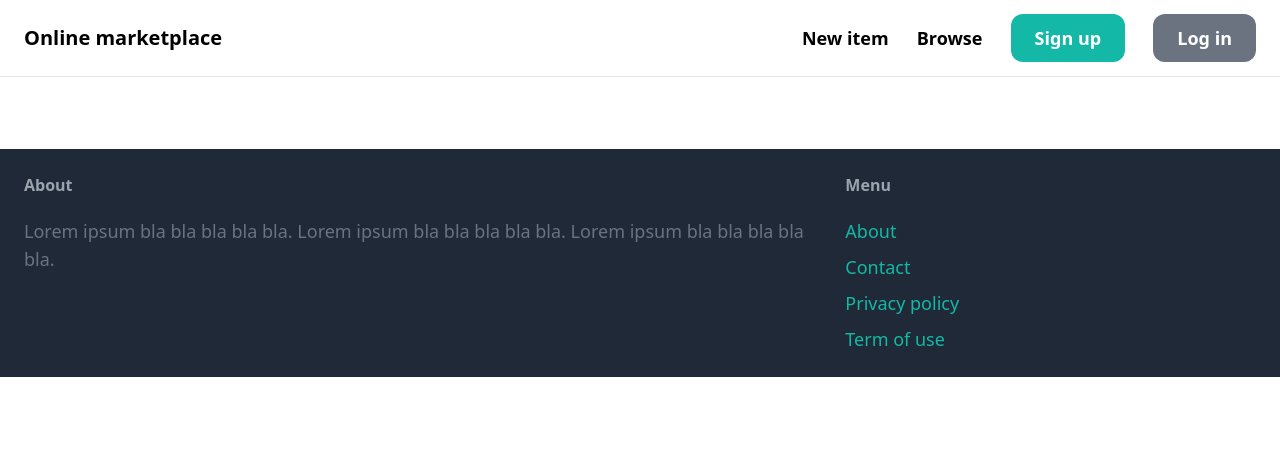
Repository: Anamikatiwari/Online_Market_Place
Page: item/templates/item/form.html
The author's editor kept a copy of each file at every save. The page is drawn from the files as they stood at one save, then again after a run of saves.
The browser window is 1280 px wide. The pictures show the whole page.
Some web libraries are served in a nearby version. The template is drawn by Django 5.2. The application's start-up code is not run. Other server files are loaded and not shown. The template is opened directly, without the code that normally fills it, so the values that code supplies are empty.

Above is the page before, as saved 2024-09-06 11:48:20.

### item/templates/item/form.html
{% extends "core/base.html" %}

{% block title %} {{ title }} {% endblock title %}

{% block content %}
<h1 class="mb-6 text-3xl">{{ title }}</h1>

<form method="post" action="." enctype="multipart/form-data">
    {% csrf_token %}
    <div class="space-y-4">
        {{ form.as_p }}
    </div>

    {% if form.errors or form.non_field_errors %}
    <div class="mb-3 p-6 bg-red-100 rounded-xl">
        {% for field in form  %}
            {{ field.errors }}
        {% endfor %}

        {{ form.non_field_errors }}
    </div>
    {% endif %}
</form>
{% endblock content %}

### core/templates/core/base.html
<!doctype html>

<html>
    <head>
        <meta charset="utf-8">
        <meta name="viewport" content="width=device-width, initial-scale=1.0">

        <script src="http://cdn.tailwindcss.com"></script>

        <title> {% block title %}{% endblock title %} | Online Marketplace</title>

    </head>

    <body>
        <nav class="py-6 px-6 flex justify-between items-center border-b border-gray-200">
            <a href="/" class="text-xl font-semibold">Online marketplace</a>
            <div class="space-x-6">
                <a href="#" class="text-lg font-semibold hover:text-gray-500">New item</a>
                <a href="#" class="text-lg font-semibold hover:text-gray-500">Browse</a>

                {% if request.user.is_authenticated %}
                    <a href="#" class="px-6 py-3 text-lg font-semibold bg-teal-500 text-white rounded-xl hover:bg-teal-700">Inbox</a>
                    <a href="#" class="px-6 py-3 text-lg font-semibold bg-gray-500 text-white rounded-xl hover:bg-gray-700">Dashboard</a>
                {% else  %}
                    <a href="{% url 'core:signup' %}" class="px-6 py-3 text-lg font-semibold bg-teal-500 text-white rounded-xl hover:bg-teal-700">Sign up</a>
                    <a href="{% url 'core:login' %}" class="px-6 py-3 text-lg font-semibold bg-gray-500 text-white rounded-xl hover:bg-gray-700">Log in</a>
                {% endif %}
            </div>
        </nav>

        <div class="px-6 py-6">
            {% block content %}
            {% endblock content %}
        </div>

        <footer class="py-6 px-6 flex justify-between bg-gray-800">
           <div class="w-2/3 pr-10">
                <h3 class="mb-5 font-semibold text-gray-400">About</h3>

                <p class="text-lg text-gray-500">Lorem ipsum bla bla bla bla bla. Lorem ipsum bla bla bla bla bla. Lorem ipsum bla bla bla bla bla.</p>
           </div>

           <div class="w-1/3">
               <h3 class="mb-5 font-semibold text-gray-400">Menu</h3>

               <ul class="space-y-2">
                    <li><a href="#" class="text-lg text-teal-500 hover:text-teal-700">About</a></li>
                    <li><a href="{% url 'core:contact' %}" class="text-lg text-teal-500 hover:text-teal-700">Contact</a></li>
                    <li><a href="#" class="text-lg text-teal-500 hover:text-teal-700">Privacy policy</a></li>
                    <li><a href="#" class="text-lg text-teal-500 hover:text-teal-700">Term of use</a></li>
               </ul>
           </div>
        </footer>


    </body>
</html>

After the next 2 saves:
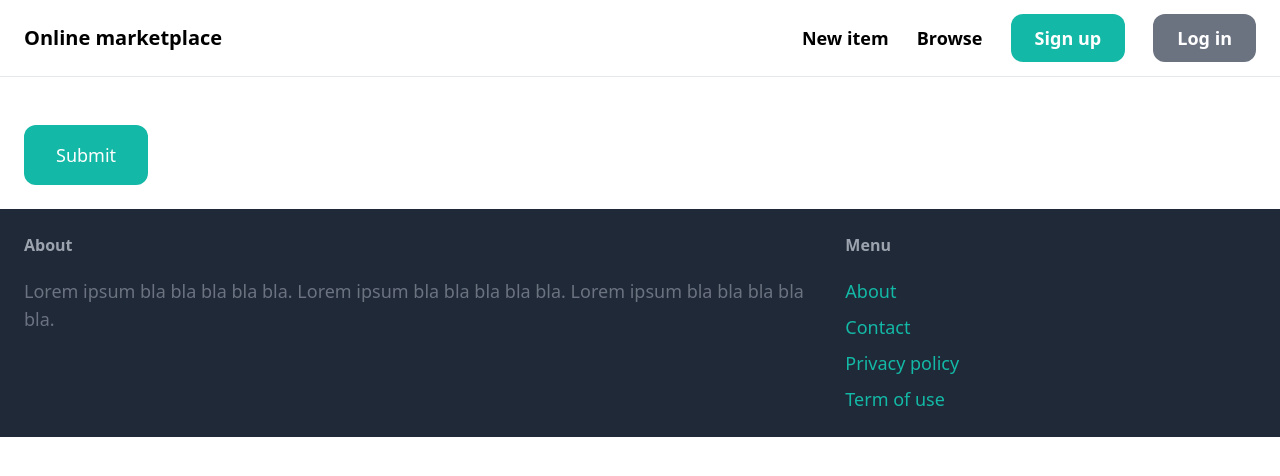
The 2 saves are shown as one change because they came seconds apart.
The last was saved 25 s later.
--- a/item/templates/item/form.html
+++ b/item/templates/item/form.html
@@ -20,5 +20,7 @@
         {{ form.non_field_errors }}
     </div>
     {% endif %}
+
+    <button class="py-4 px-8 text-lg bg-teal-500 hover:bg-teal-700 rounded-xl text-white">Submit</button>
 </form>
 {% endblock content %}
